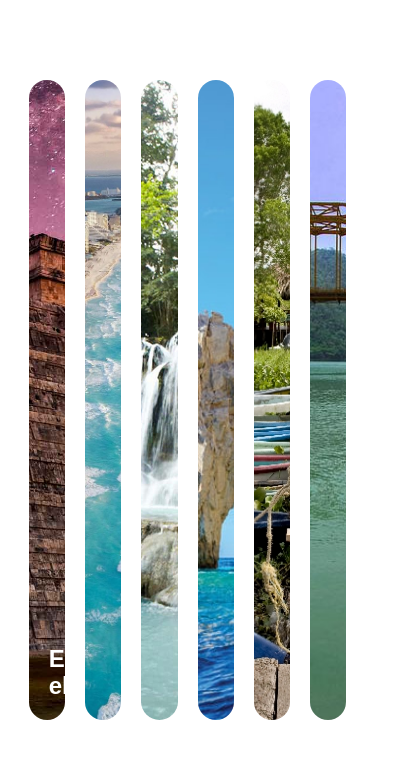
Repository: ElideZavala/Tarjetas-de-Imagenes
Page: index.html
The author's editor kept a copy of each file at every save. The page is drawn from the files as they stood at one save, then again after the next save.
The browser window is 375 px wide. The page is 398 px wide, then 410 px, so the pictures cover 410 px, including what lies to the right of the window. The pictures show the whole page.
Some web fonts or font styles are not loaded; a fallback is used.

Above is the page before, as saved 2021-05-27 09:45:55.
Not found: script.js

After the next save:
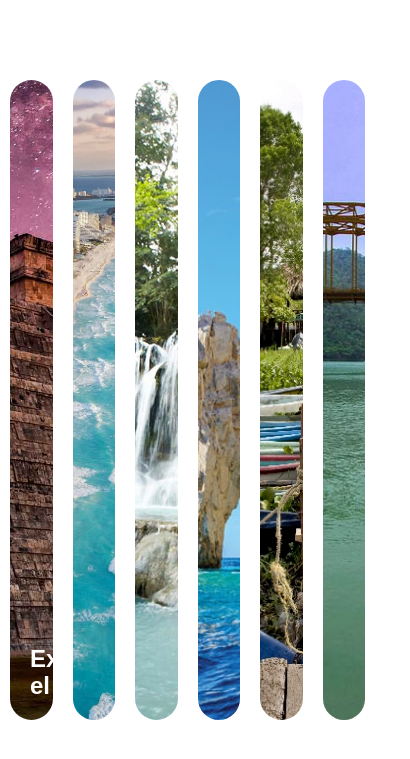
Saved 3 min 32 s later.
--- a/style.css
+++ b/style.css
@@ -50,3 +50,9 @@ body {
 .panel.active h3 {
 	opacity: 1;
 }
+
+@media (max-width: 480px) {
+	.container {
+		width: 100vw;
+	}
+}
